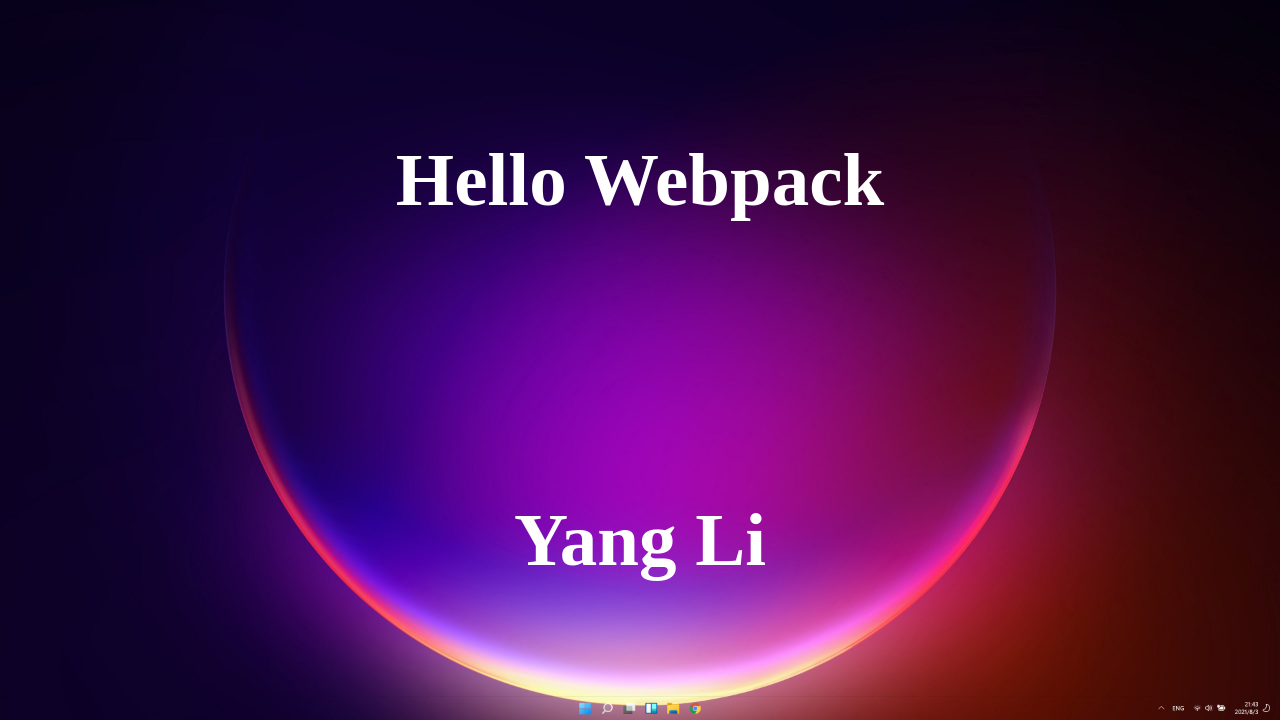
Repository: ErosHai/Home
Page: / (app in vscode/webpack/)
An editor plug-in stored every save of this project. The page is shown before and after the next save, followed by the edit.
The browser window is 1280 px wide. The pictures show the whole page.
The project was rebuilt for these pictures with package versions that can differ from the ones it lists, and the page was loaded fresh each time. Also part of the build but not shown: vscode/webpack/webpack.config.js.

Above is the page before, as saved 2021-08-31 17:06:08.

After the next save:
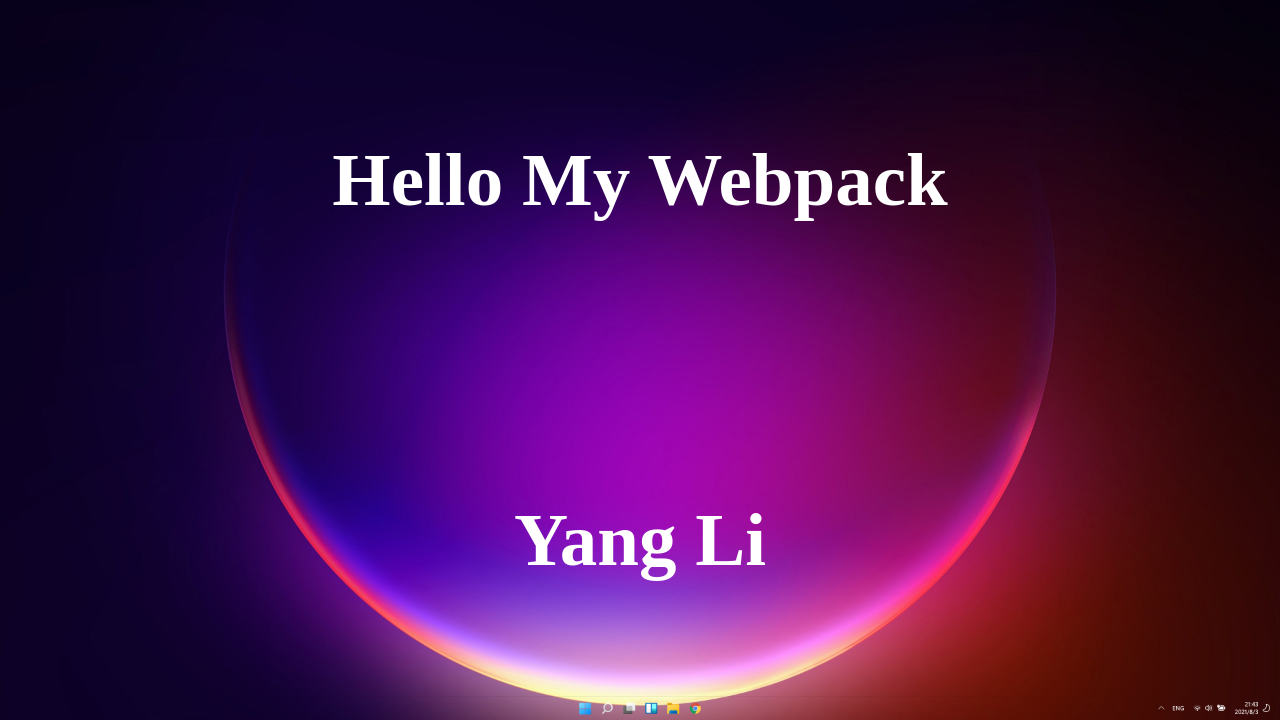
Saved 31 s later.
--- a/vscode/webpack/src/vue/app.js
+++ b/vscode/webpack/src/vue/app.js
@@ -7,7 +7,7 @@ export default{
   `,
   data(){
     return {
-      msg: 'Hello Webpack',
+      msg: 'Hello My Webpack',
       name: 'Yang Li'
     }
   }
